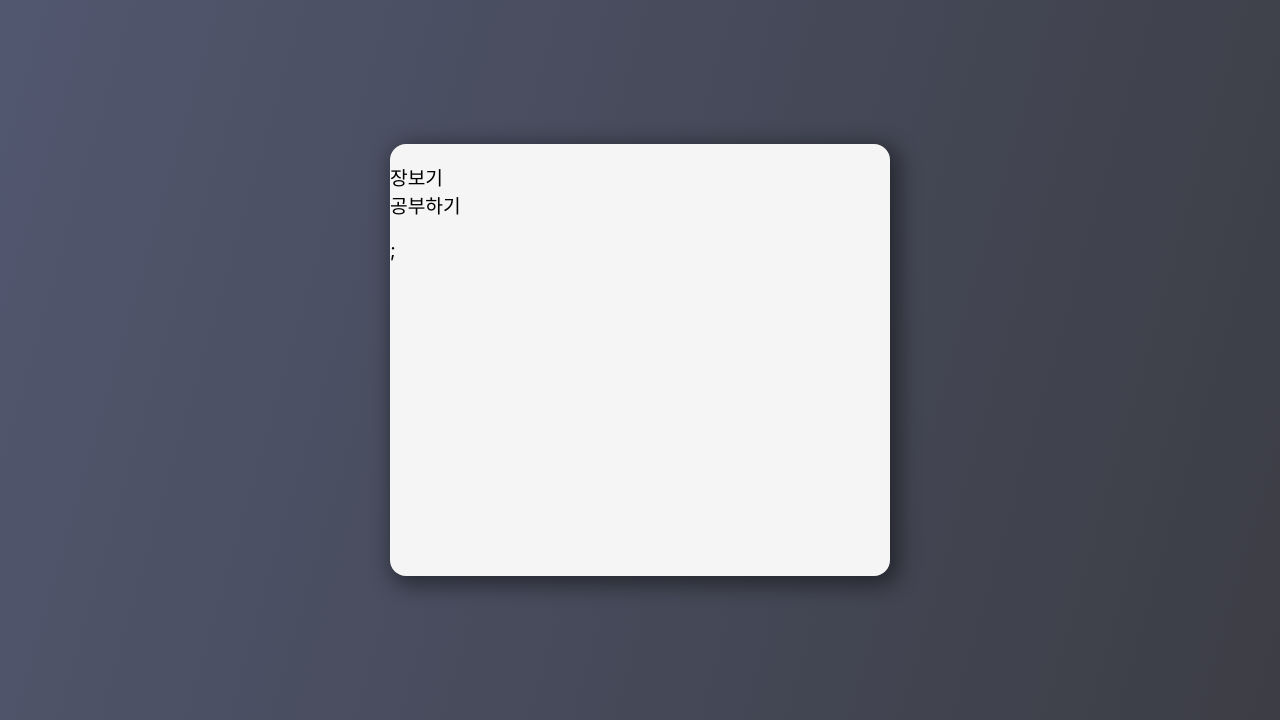
Repository: tjgus22/new_todo
Page: /
An editor plug-in stored every save of this project. The page is shown before and after the next save, followed by the edit.
The browser window is 1280 px wide. The pictures show the whole page.
The project was rebuilt for these pictures with package versions that can differ from the ones it lists, and the page was loaded fresh each time.

Above is the page before, as saved 2024-08-11 00:09:51.

### src/index.css
:root {
  --color-bg-dark: #f5f5f5;
  --color-bg: #fdfffd;
  --color-grey: #d1d1d1;
  --color-text: #22243b;
  --color-accent: #f16e03;
  --color-white: white;
  --color-scrollbar: #aaa7a7;
}

html.dark {
  --color-bg-dark: #1a1c35;
  --color-bg: #22243b;
  --color-grey: #4e4e4e;
  --color-text: #fdfffd;
}

body {
  margin: 0;
  font-family: -apple-system, BlinkMacSystemFont, 'Segoe UI', 'Roboto', 'Oxygen',
    'Ubuntu', 'Cantarell', 'Fira Sans', 'Droid Sans', 'Helvetica Neue',
    sans-serif;
  -webkit-font-smoothing: antialiased;
  -moz-osx-font-smoothing: grayscale;
  width: 100vw;
  height: 100vh;
  display: flex;
  justify-content: center;
  align-items: center;
  font-size: 1.2rem;
  accent-color: var(--color-accent);
  background: rgb(81, 87, 111);
  background: linear-gradient(
    106deg,
    rgba(81, 87, 111, 1) 0%,
    rgba(60, 61, 69, 1) 100%
  );
}

#root {
  width: 100%;
  height: 60%;
  max-width: 500px;
  background-color: var(--color-bg-dark);
  overflow: hidden;
  border-radius: 1rem;
  display: flex;
  flex-direction: column;
  -webkit-box-shadow: 5px 5px 21px 4px rgba(0, 0, 0, 0.45);
  box-shadow: 5px 5px 21px 4px rgba(0, 0, 0, 0.45);
}

code {
  font-family: source-code-pro, Menlo, Monaco, Consolas, 'Courier New',
    monospace;
}

* {
  box-sizing: border-box;
}

ul {
  list-style: none;
  padding-left: 0;
}

button {
  outline: none;
  border: none;
}

::-webkit-scrollbar {
  width: 0.5rem;
}

::-webkit-scrollbar-track {
  background-color: var(--color-bg-dark);
}

::-webkit-scrollbar-thumb {
  background-color: var(--color-scrollbar);
}

::-webkit-scrollbar-thumb:hover {
  background-color: var(--color-accent);
}

### src/App.js
import './App.css';
import TodoList from './components/TodoList/TodoList/TodoList';

function App() {
  return (
    <>
      <TodoList />
    </>
  );
}

export default App;

### src/components/TodoList/TodoList/TodoList.jsx
import React, { useState } from 'react';
import AddTodo from '../../AddTodo/AddTodo';

export default function TodoList() {
  const [todos, setTodos] = useState([
    { id: 123, text: '장보기', status: 'active' },
    { id: 456, text: '공부하기', status: 'study' },
  ]);
  const handleAdd = (todo) => {};
  return (
    <section>
      <ul>
        {todos.map((item) => (
          <li key={item.id}>{item.text}</li>
        ))}
      </ul>
      <AddTodo onAdd={handleAdd} />;
    </section>
  );
}

### src/components/AddTodo/AddTodo.jsx
import React from 'react';

export default function AddTodo() {
  return <div></div>;
}

Loaded but not shown: public/index.html (common file); src/index.js (common file); src/reportWebVitals.js (common file); src/components/AddTodo/AddTodo.module.css (common file); src/App.css (no stored copy; drawn as an empty file)

After the next save:
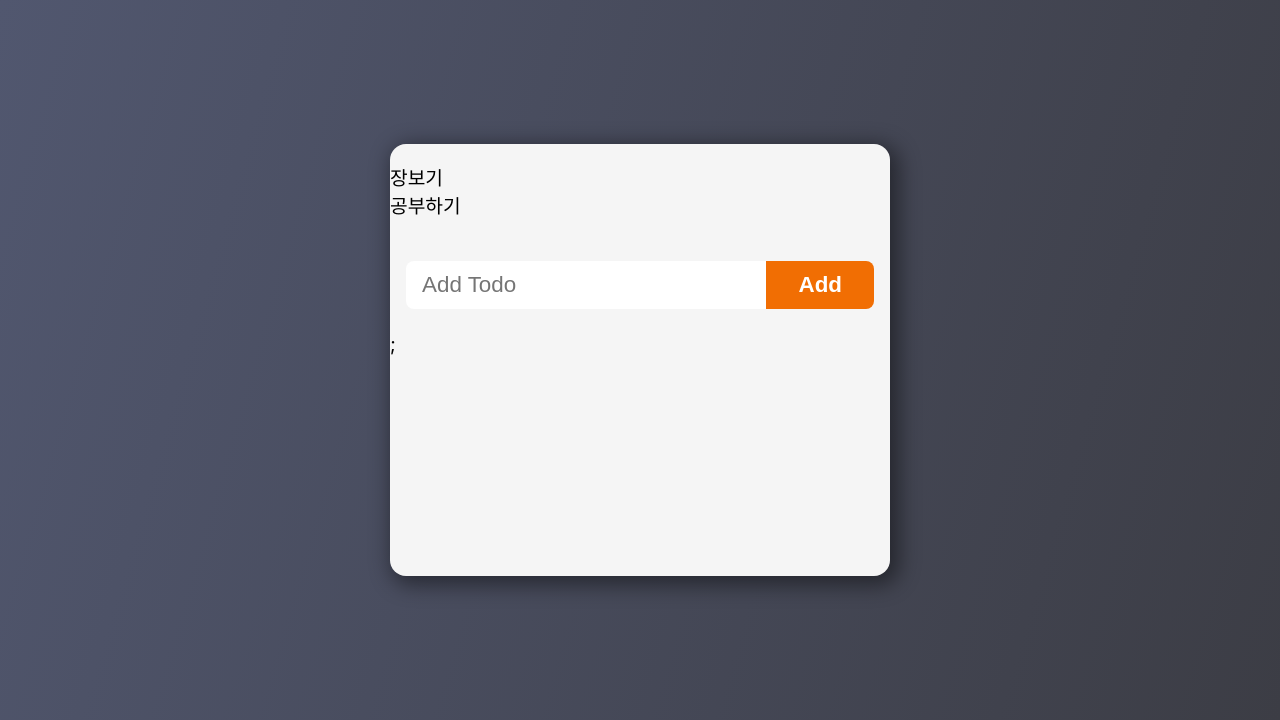
Saved 86 s later.
--- a/src/components/AddTodo/AddTodo.jsx
+++ b/src/components/AddTodo/AddTodo.jsx
@@ -1,5 +1,28 @@
-import React from 'react';
+import React, { useState } from 'react';
+import { v4 as uuidv4 } from 'uuid';
+import styles from './AddTodo.module.css';
 
-export default function AddTodo() {
-  return <div></div>;
+export default function AddTodo({ onAdd }) {
+  const [text, setText] = useState('');
+  const handleChange = (e) => setText(e.target.value);
+  const handleSubmit = (e) => {
+    e.preventDefault();
+    if (text.trim().length === 0) {
+      return;
+    }
+    onAdd({ id: uuidv4(), text, status: 'active' });
+    setText('');
+  };
+  return (
+    <form className={styles.form} onSubmit={handleSubmit}>
+      <input
+        className={styles.input}
+        type='text'
+        placeholder='Add Todo'
+        value={text}
+        onChange={handleChange}
+      />
+      <button className={styles.button}>Add</button>
+    </form>
+  );
 }
